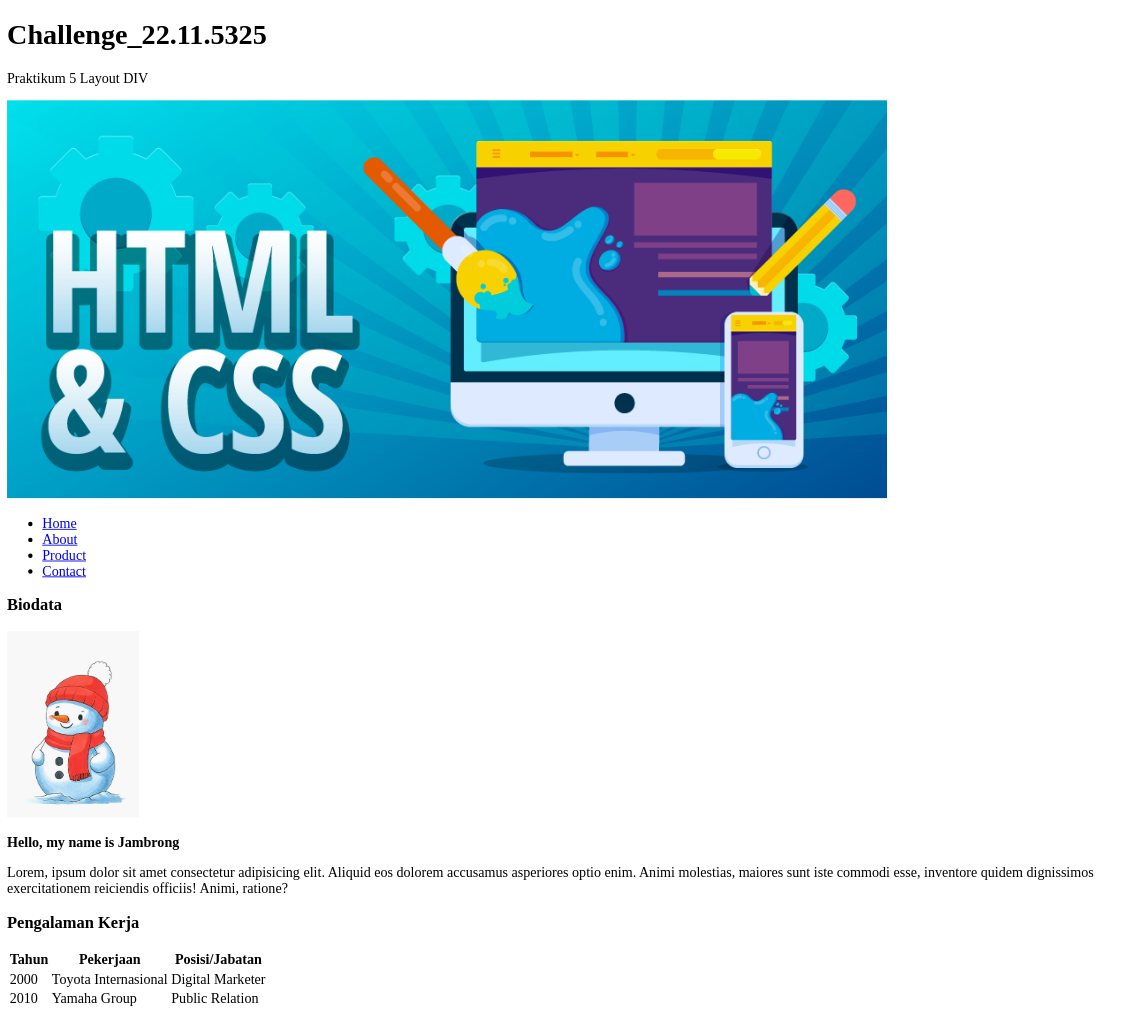
Repository: Jambrong-noob/challenge_22.11.5325_p5
Page: Challenge_22115325.html
The author's editor kept a copy of each file at every save. The page is drawn from the files as they stood at one save, then again after the next save.
The browser window is 1280 px wide. The pictures show the whole page, at 88% of full size.

Above is the page before, as saved 2026-04-27 12:01:07.

### Challenge_22115325.html
<!DOCTYPE html>
<html lang="en">
<head>
    <meta charset="UTF-8">
    <meta name="viewport" content="width=device-width, initial-scale=1.0">
    <title>Praktikum 5 Layout DIV</title>
<link rel="stylesheet.css" type="text/css" href="stylesheet.css">
</head>
<body>
    <h1>
        <b>
            Challenge_22.11.5325
        </b>
    </h1>
    <p>
        Praktikum 5 Layout DIV
    </p>
    <div class="header">
        <img src="pict.png" alt="pict" width="1000px">
    </div>
    <section>
        <nav>
            <ul>
                <li><a href="#">Home</a></li>
                <li><a href="#">About</a></li>
                <li><a href="#">Product</a></li>
                <li><a href="#">Contact</a></li>
            </ul>
        </nav>
        <div class="container">
            <div class="biodata">
                <h3>
                    Biodata
                </h3>
                <img src="pict1.jpg" alt="pict1.jpg" width="150px">
                <p>
                    <b>
                        Hello, my name is Jambrong
                    </b>
                </p>
                <p>
                    Lorem, ipsum dolor sit amet consectetur adipisicing elit. Aliquid eos dolorem accusamus asperiores optio enim. Animi molestias, maiores sunt iste commodi esse, inventore quidem dignissimos exercitationem reiciendis officiis! Animi, ratione?
                </p>
                <div class="pengalaman">
                    <h3>
                        Pengalaman Kerja
                    </h3>
                    <table>
                        <tr>
                            <th>Tahun</th>
                            <th>Pekerjaan</th>
                            <th>Posisi/Jabatan</th>
                        </tr>
                        <tr>
                            <td>2000</td>
                            <td>Toyota Internasional</td>
                            <td>Digital Marketer</td>
                        </tr>
                        <tr>
                            <td>2010</td>
                            <td>Yamaha Group</td>
                            <td>Public Relation</td>
                        </tr>
                    </table>
                </div>
            </div>
        </div>
    </section>
</body>
</html>

After the next save:
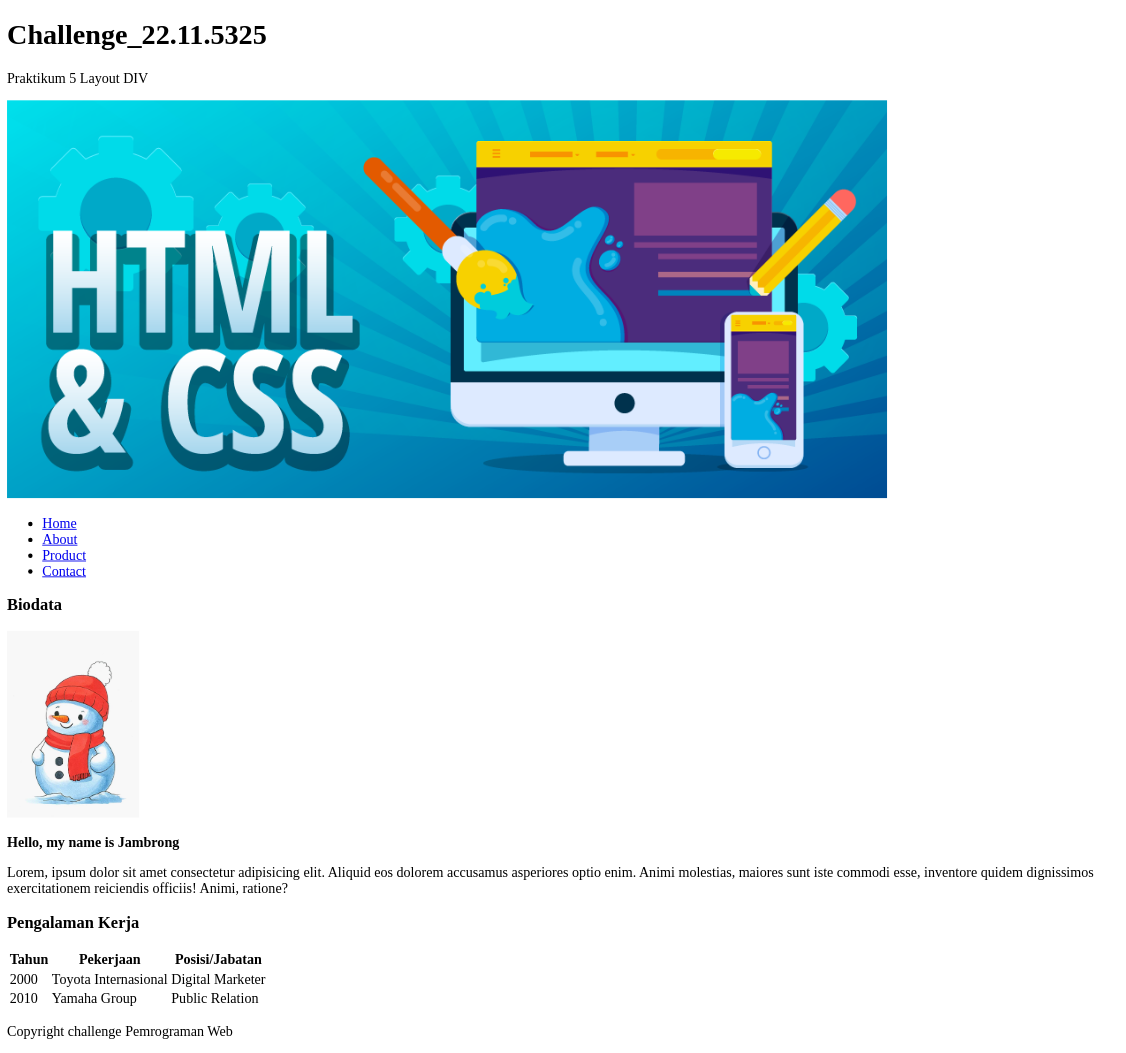
Saved 2 min 14 s later.
--- a/Challenge_22115325.html
+++ b/Challenge_22115325.html
@@ -65,6 +65,11 @@
                 </div>
             </div>
         </div>
+        <div class="footer">
+            <p>
+                Copyright challenge Pemrograman Web
+            </p>
+        </div>
     </section>
 </body>
 </html>
